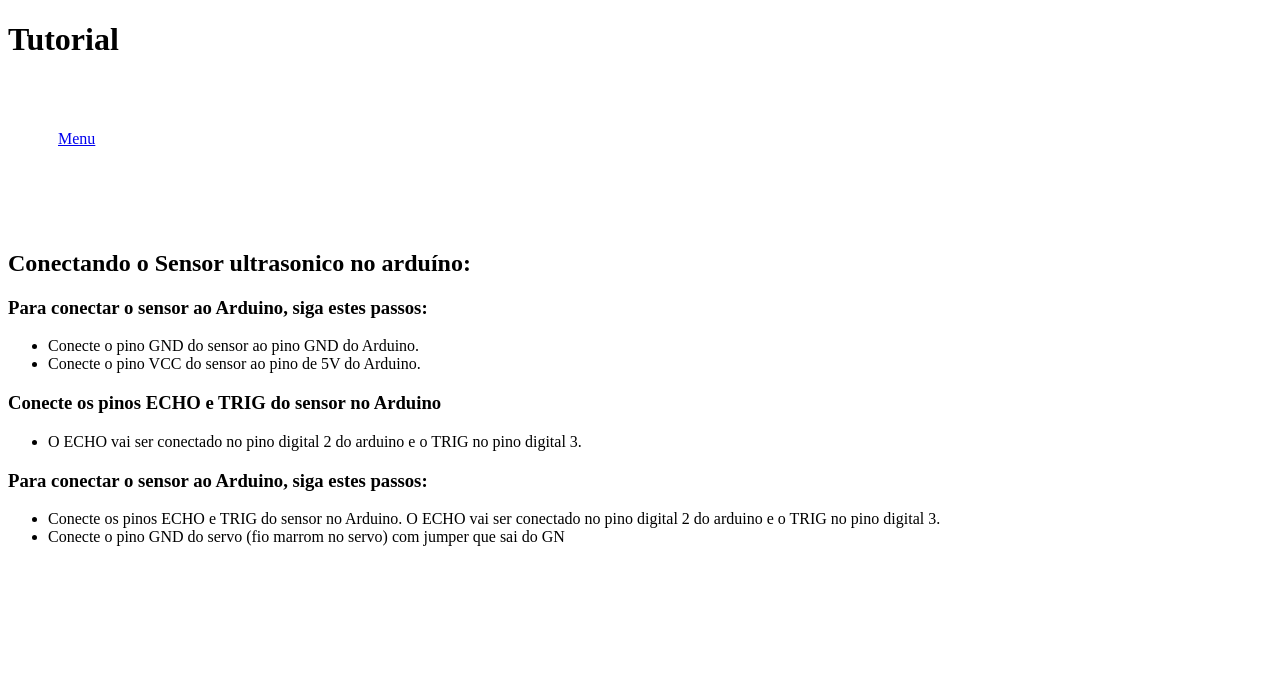
Repository: Eito2511/Site-tutorial-arduino
Page: tutorial.html
An editor plug-in stored every save of this project. The page is shown before and after a run of saves, followed by the edit.
The browser window is 1280 px wide. The pictures show the whole page.

Above is the page before, as saved 2025-06-03 18:29:20.

### tutorial.html
<!DOCTYPE html>
<html lang="en">
  <head>
    <meta charset="UTF-8" />
    <meta name="viewport" content="width=device-width, initial-scale=1.0" />
    <title>Tutorial</title>
  </head>
  <body>
    <header>
      <h1 class="titulo">Tutorial</h1>
    </header>

    <section style="height: 50px; padding: 50px">
      <a href="index.html" class="btn">Menu</a>
    </section>

    <div>
      <h2>Conectando o Sensor ultrasonico no arduíno:</h1>
      <h3>Para conectar o sensor ao Arduino, siga estes passos:</h2>
      <ul>
        <li>Conecte o pino GND do sensor ao pino GND do Arduino.</li>
        <li>Conecte o pino VCC do sensor ao pino de 5V do Arduino.</li>
      </ul>
      <h3>Conecte os pinos ECHO e TRIG do sensor no Arduino</h3>
      <ul>
        <li>O ECHO vai ser conectado no pino digital 2 do arduino e o TRIG no pino digital 3.</li>
      </ul>
    </div>

    <div>
      <h3>Para conectar o sensor ao Arduino, siga estes passos:</h2>
      <ul>
        <li>
          Conecte os pinos ECHO e TRIG do sensor no Arduino. O ECHO vai ser
          conectado no pino digital 2 do arduino e o TRIG no pino digital 3.
        </li>
        <li>
         Conecte o pino GND do servo (fio marrom no servo) com jumper que sai
 do GN
        </li>
      </ul>
    </div>


  </body>
</html>

After the next 3 saves:
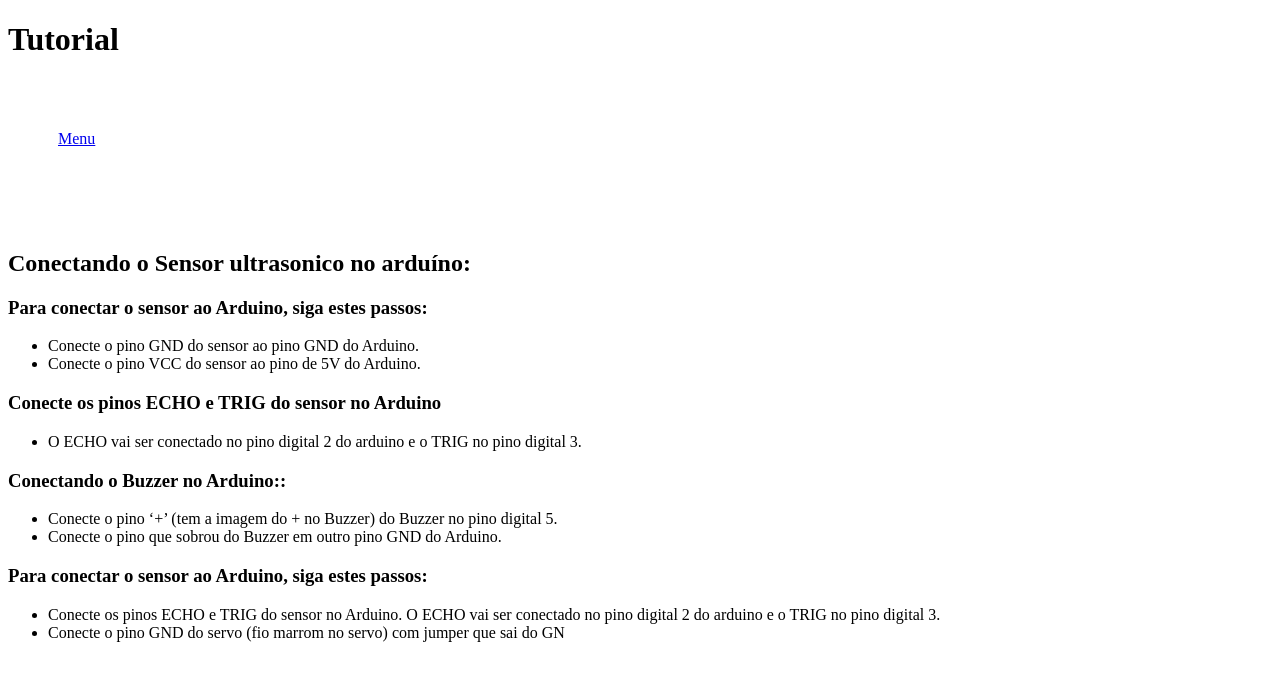
The 3 saves are shown as one change because they came seconds apart.
The last was saved 9 s later.
--- a/tutorial.html
+++ b/tutorial.html
@@ -27,6 +27,19 @@
       </ul>
     </div>
 
+      <div>
+      <h3>Conectando o Buzzer no Arduino::</h2>
+      <ul>
+        <li>
+          Conecte o pino ‘+’ (tem a imagem do + no Buzzer) do Buzzer no pino
+          digital 5.
+        </li>
+        <li>
+          Conecte o pino que sobrou do Buzzer em outro pino GND do Arduino.
+        </li>
+      </ul>
+    </div>
+
     <div>
       <h3>Para conectar o sensor ao Arduino, siga estes passos:</h2>
       <ul>

After the 2 saves that followed:
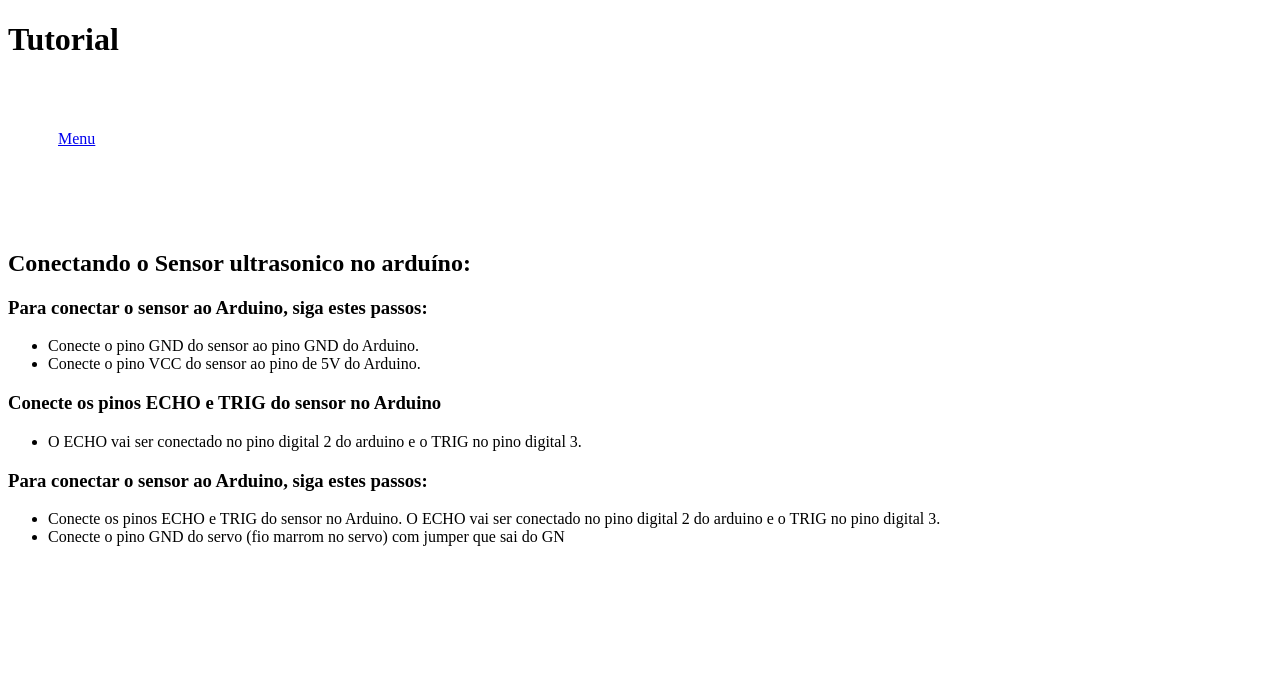
The 2 saves are shown as one change because they came seconds apart.
The last was saved 27 s later.
--- a/tutorial.html
+++ b/tutorial.html
@@ -27,19 +27,6 @@
       </ul>
     </div>
 
-      <div>
-      <h3>Conectando o Buzzer no Arduino::</h2>
-      <ul>
-        <li>
-          Conecte o pino ‘+’ (tem a imagem do + no Buzzer) do Buzzer no pino
-          digital 5.
-        </li>
-        <li>
-          Conecte o pino que sobrou do Buzzer em outro pino GND do Arduino.
-        </li>
-      </ul>
-    </div>
-
     <div>
       <h3>Para conectar o sensor ao Arduino, siga estes passos:</h2>
       <ul>
